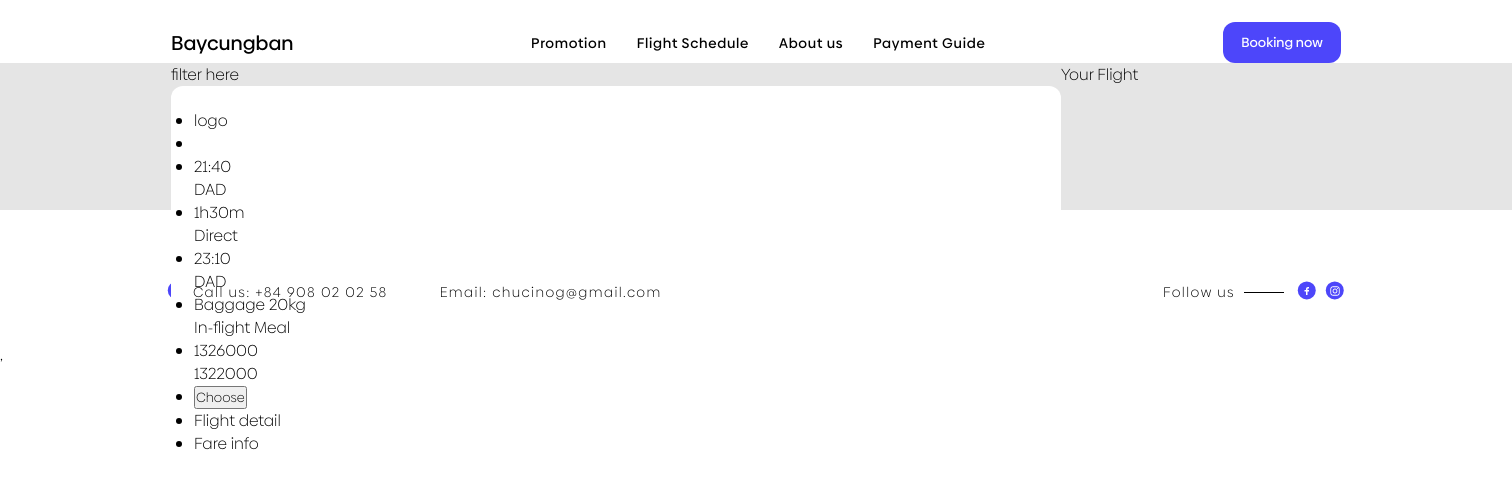
Repository: pinocoding/my-flying
Page: /list (app in my-flying/)
These files come from the project's save history. The page is drawn as it stood at one moment and after the next save; the edit follows.
The browser window is 1280 px wide. The page is 1512 px wide, so the pictures cover 1512 px, including what lies to the right of the window. The pictures show the whole page.
The project was rebuilt for these pictures with package versions that can differ from the ones it lists, and the page was loaded fresh each time. Also part of the build but not shown: my-flying/src/components/InDecreaBtn/InDecreaBtn.js, my-flying/src/components/TravelBooking/TravelBooking.css, my-flying/src/components/TravelBooking/TravelBooking.js, my-flying/src/components/home/Home.css, my-flying/src/components/home/Home.js. Imported but missing from the stored project, and not drawn on this page: my-flying/src/reportWebVitals.

Above is the page before, as saved 2022-09-09 17:00:25.

### my-flying/src/index.js
import React from "react";
import ReactDOM from "react-dom/client";
import "./index.css";
import App from "./App";
import reportWebVitals from "./reportWebVitals";
import "./font/SVN-Biennale/Biennale-Bold.otf";
const root = ReactDOM.createRoot(document.getElementById("root"));
root.render(
  <React.StrictMode>
    <App />
  </React.StrictMode>
);

// If you want to start measuring performance in your app, pass a function
// to log results (for example: reportWebVitals(console.log))
// or send to an analytics endpoint. Learn more: https://bit.ly/CRA-vitals
reportWebVitals();

### my-flying/src/index.css
@font-face {
  font-family: "SVN-Biennale";
  src: local("SVN-Biennale"),
    url("./font/SVN-Biennale/Biennale-Light.otf") format("opentype");

  font-weight: 400;
}

@font-face {
  font-family: "SVN-Biennale";
  src: local("SVN-Biennale"),
    url("./font/SVN-Biennale/Biennale-Medium.otf") format("opentype");

  font-weight: 600;
}

### my-flying/src/App.js
import React from "react";

import { render } from "react-dom";
import { BrowserRouter, Routes, Route } from "react-router-dom";
import Home from "../src/components/Home/Home";
import List from "./components/List/List";
import "./App.css";
function App() {
  return (
    <div className="App">
      <BrowserRouter>
        <Routes>
          <Route path="/" element={<Home />} />
          <Route path="/list" element={<List />} />
        </Routes>
      </BrowserRouter>
      ,
    </div>
  );
}

export default App;

### my-flying/src/components/List/List.js
import React from "react";
import Header from "../Header/Header";
import Footer from "../Footer/Footer";
import "./List.css";
import FlightInfor from "../FlightsInfor/FlightInfor";
function List() {
  return (
    <div className="list">
      <Header />

      <div className="list-container">
        <div className="list-infor">
          {" "}
          <div className="list-filter">filter here</div>
          <div className="list-row">
            <FlightInfor />
          </div>
        </div>

        <div className="list-userFlight">Your Flight</div>
      </div>
      <Footer />
    </div>
  );
}

export default List;

### my-flying/src/App.css
* {
  box-sizing: border-box;
  margin: 0;
  padding: 0;
  scroll-behavior: smooth;
  font-family: "SVN-Biennale", Courier, monospace;
}
.App {
  width: 1512px;
  margin: 0 auto;
}

### my-flying/src/components/Header/Header.js
import React from "react";
import "./Header.css";

function Header() {
  return (
    <div className="header">
      <div className="header-logo">
        <div className="header-logo-name">Baycungban</div>
        {/* <div>img</div>
        <div>img</div> */}
      </div>

      <ul className="header-nav">
        <li>
          <a href="/#">Promotion</a>
        </li>
        <li>
          <a href="/flight-schedule">Flight Schedule</a>
        </li>
        <li>
          <a href="/#">About us</a>
        </li>
        <li>
          <a href="/#">Payment Guide</a>
        </li>
      </ul>

      <button className="header-booking">Booking now</button>
    </div>
  );
}

export default Header;

### my-flying/src/components/Footer/Footer.js
import React from "react";
import { BsTelephone } from "react-icons/bs";
import { AiOutlineMail, AiOutlineInstagram } from "react-icons/ai";
import { TiSocialFacebook } from "react-icons/ti";
import "./Footer.css";
function Footer() {
  return (
    <div className="footer">
      <ul>
        <li>
          <a href="/#" className="footer-link">
            <BsTelephone className="footer-icon" />
          </a>
          <span>Call us: +84 908 02 02 58</span>
        </li>

        <li>
          <a href="/#" className="footer-link">
            <AiOutlineMail className="footer-icon" />
          </a>
          <span>Email: chucinog@gmail.com</span>
        </li>
      </ul>

      <div>
        <span className="footer-follow">Follow us</span>
        <a href="/#" className="footer-link footer-facebook">
          <TiSocialFacebook className="footer-icon" />
        </a>
        <a href="/#" className="footer-link">
          <AiOutlineInstagram className="footer-icon" />
        </a>
      </div>
    </div>
  );
}

export default Footer;

### my-flying/src/components/List/List.css
.list-container {
  display: flex;

  background-color: #e5e5e5;
  padding: 0 171px 0 171px;
}

.list-row {
  width: 890px;
  height: 124px;
  border-radius: 12px;
}

### my-flying/src/components/FlightsInfor/FlightInfor.js
import React from "react";
import "./FlightInfor.css";

function FlightInfor() {
  return (
    <div className="flight-container">
      <ul className="flight-list">
        <li>logo</li>
        <li className="flight-name"></li>
        <li className="flight-time">
          <p>21:40</p>
          <p>DAD</p>
        </li>

        <li className="flight-direc">
          <p>1h30m</p>
          <p></p>
          <p>Direct</p>
        </li>
        <li className="flight-time">
          <p>23:10</p>
          <p>DAD</p>
        </li>

        <li className="flight-meal">
          <p>Baggage 20kg </p>
          <p>In-flight Meal </p>
        </li>

        <li className="flight-price">
          <p>1326000</p>
          <p>1322000</p>
        </li>
        <li className="flight-choose">
          <button>Choose</button>
        </li>
      </ul>

      <ul>
        <li>Flight detail</li>
        <li>Fare info</li>
      </ul>
    </div>
  );
}

export default FlightInfor;

### my-flying/src/components/Header/Header.css
.header {
  display: flex;
  justify-content: space-between;
  text-align: center;
  padding: 22px 171px 0 171px;
}
.header-logo {
  display: flex;
}
.header-logo-name {
  font-weight: 600;
  font-size: 20px;
  align-items: center;
  display: flex;
}
.header-nav {
  display: flex;
  list-style: none;
  justify-content: space-between;
  gap: 0 30px;
  align-items: center;
}
.header-nav li a {
  color: rgba(0, 0, 0, 1);
  text-decoration: none;
  font-family: "SVN-Biennale";
  font-style: normal;
  font-weight: 600;
  font-size: 14px;
  line-height: 21px;

  text-align: center;
  letter-spacing: 0.05em;
}
.header-booking {
  background-color: rgba(77, 70, 250, 1);
  color: white;
  height: 41px;
  width: 118px;
  left: 1223px;
  top: 38px;
  border-radius: 12px;
  padding: 10px 16px 10px 16px;
  border: none;
  cursor: pointer;
  font-weight: 600;
}

### my-flying/src/components/Footer/Footer.css
.footer {
  display: flex;
  justify-content: space-between;
  text-align: center;
  width: 100%;
  padding: 70px 171px 40px 171px;
}
.footer ul {
  list-style: none;
  display: flex;
  gap: 0 30px;
}
.footer-link {
  position: relative;
}
.footer-icon {
  color: white;
  font-size: 12px;
}

.footer-link:after {
  content: "";
  position: absolute;
  top: 0;
  left: 0;
  width: 18px;
  height: 18px;
  border-radius: 50%;
  transform: translate(-18%, 8%);
  background-color: #4d46fa;

  z-index: -1;
}
.footer ul li span {
  padding-left: 10px;
  font-family: "SVN-Biennale";
  font-style: normal;
  font-weight: 400;
  font-size: 14px;
  line-height: 21px;
  /* identical to box height */

  letter-spacing: 0.1em;

  color: #000000;
}
.footer-follow {
  width: 72px;
  height: 21px;
  font-family: "SVN-Biennale";
  font-style: normal;
  font-weight: 400;
  font-size: 14px;
  line-height: 21px;
  /* identical to box height */

  letter-spacing: 0.1em;

  color: #000000;

  position: relative;
  margin-right: 50px;
}

.footer-follow:after {
  content: "";
  position: absolute;
  top: 50%;
  right: 0;
  width: 40px;
  height: 1px;
  left: 81px;
  background-color: black;

  z-index: -1;
}
.footer-facebook {
  margin: 0 16px 0 16px;
}

### my-flying/src/components/FlightsInfor/FlightInfor.css
.flight-container {
  width: 100%;
  background: #ffffff;
  border-radius: 12px;
  padding: 23px 15px 19px 23px;
}

.flight-container .Flight-list {
  list-style: none;
  display: flex;
  justify-content: space-between;
}

After the next save:
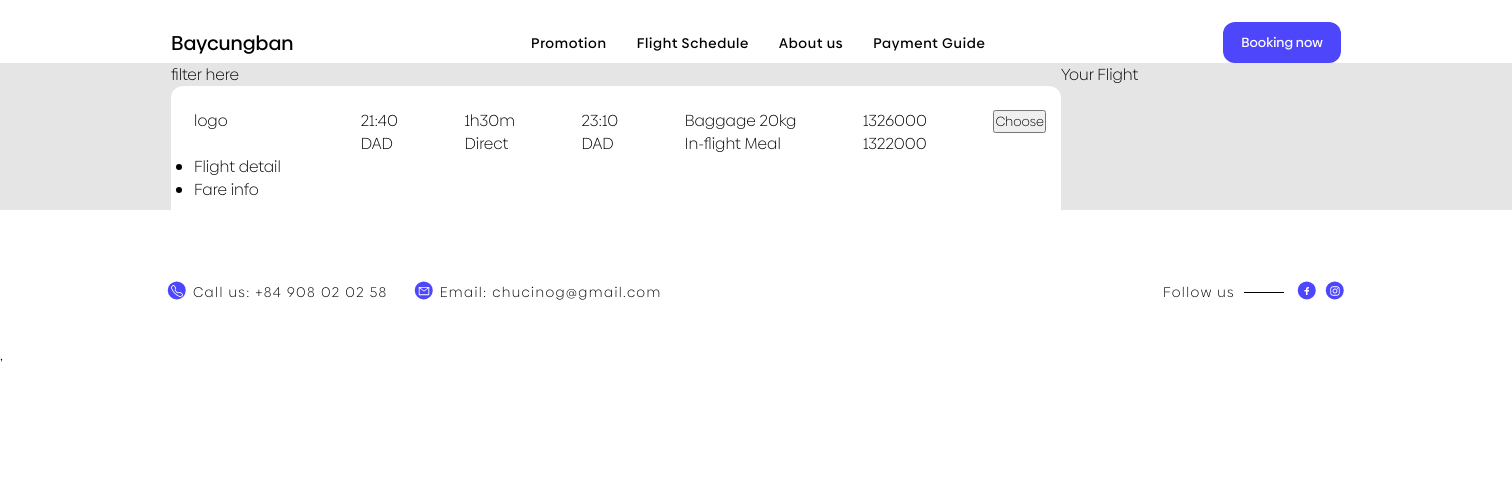
Saved 7 s later.
--- a/my-flying/src/components/FlightsInfor/FlightInfor.css
+++ b/my-flying/src/components/FlightsInfor/FlightInfor.css
@@ -5,7 +5,7 @@
   padding: 23px 15px 19px 23px;
 }
 
-.flight-container .Flight-list {
+.flight-container .flight-list {
   list-style: none;
   display: flex;
   justify-content: space-between;
